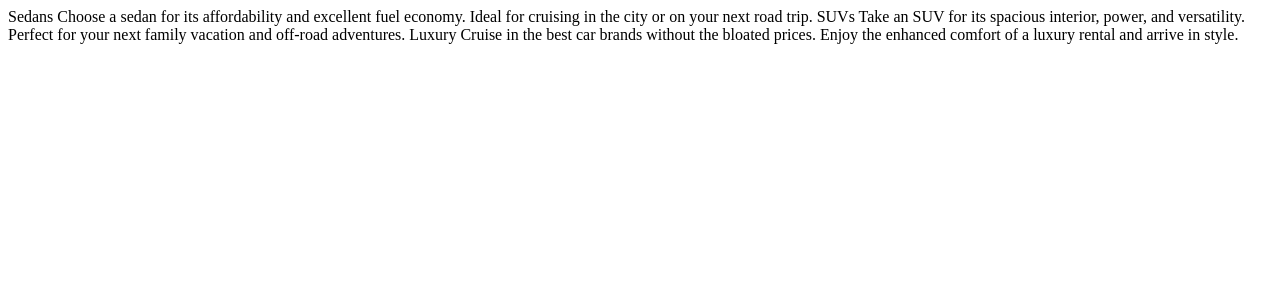
Repository: thaibaocoder1/3-column-card
Page: index.html
The author's editor kept a copy of each file at every save. The page is drawn from the files as they stood at one save, then again after the next save.
The browser window is 1280 px wide. The pictures show the whole page.

Above is the page before, as saved 2023-01-11 20:39:29.

### index.html
<!DOCTYPE html>
<html lang="en">
<head>
  <meta charset="UTF-8">
  <meta name="viewport" content="width=device-width, initial-scale=1.0">
  <link rel="icon" type="image/png" sizes="32x32" href="./images/favicon-32x32.png">
  <title>Frontend Mentor | 3-column preview card component</title>
  <link rel="preconnect" href="https://fonts.googleapis.com">
  <link rel="preconnect" href="https://fonts.gstatic.com" crossorigin>
  <link href="https://fonts.googleapis.com/css2?family=Big+Shoulders+Display:wght@700&family=Lexend+Deca&display=swap" rel="stylesheet">

  <!-- Feel free to remove these styles or customise in your own stylesheet 👍 -->
  <style>
    .attribution { font-size: 11px; text-align: center; }
    .attribution a { color: hsl(228, 45%, 44%); }
  </style>
</head>
<body>

  Sedans
  Choose a sedan for its affordability and excellent fuel economy. Ideal for cruising in the city
  or on your next road trip.

  SUVs
  Take an SUV for its spacious interior, power, and versatility. Perfect for your next family vacation
  and off-road adventures.

  Luxury
  Cruise in the best car brands without the bloated prices. Enjoy the enhanced comfort of a luxury
  rental and arrive in style.


</body>
</html>

### styles.css
* {
    margin: 0;
    padding: 0;
    box-sizing: border-box;
}
html {
    font-size: 62.5%;
}
body {
    text-rendering: optimizeLegibility;
    scroll-behavior: smooth;
}
:root {
    --bright-orange: hsl(31, 77%, 52%);
    --dark-cyan: hsl(184, 100%, 22%);
    --very-dark-cyan: hsl(179, 100%, 13%);
    --white-p:  hsla(0, 0%, 100%, 0.75);
    --light-gray: hsl(0, 0%, 95%);
}

After the next save:
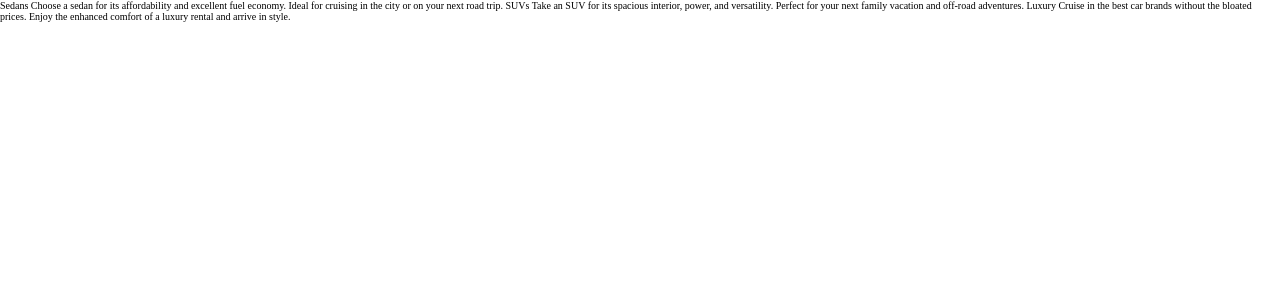
Saved 8 s later.
--- a/index.html
+++ b/index.html
@@ -8,12 +8,7 @@
   <link rel="preconnect" href="https://fonts.googleapis.com">
   <link rel="preconnect" href="https://fonts.gstatic.com" crossorigin>
   <link href="https://fonts.googleapis.com/css2?family=Big+Shoulders+Display:wght@700&family=Lexend+Deca&display=swap" rel="stylesheet">
-
-  <!-- Feel free to remove these styles or customise in your own stylesheet 👍 -->
-  <style>
-    .attribution { font-size: 11px; text-align: center; }
-    .attribution a { color: hsl(228, 45%, 44%); }
-  </style>
+  <link rel="stylesheet" href="./styles.css">
 </head>
 <body>
 
